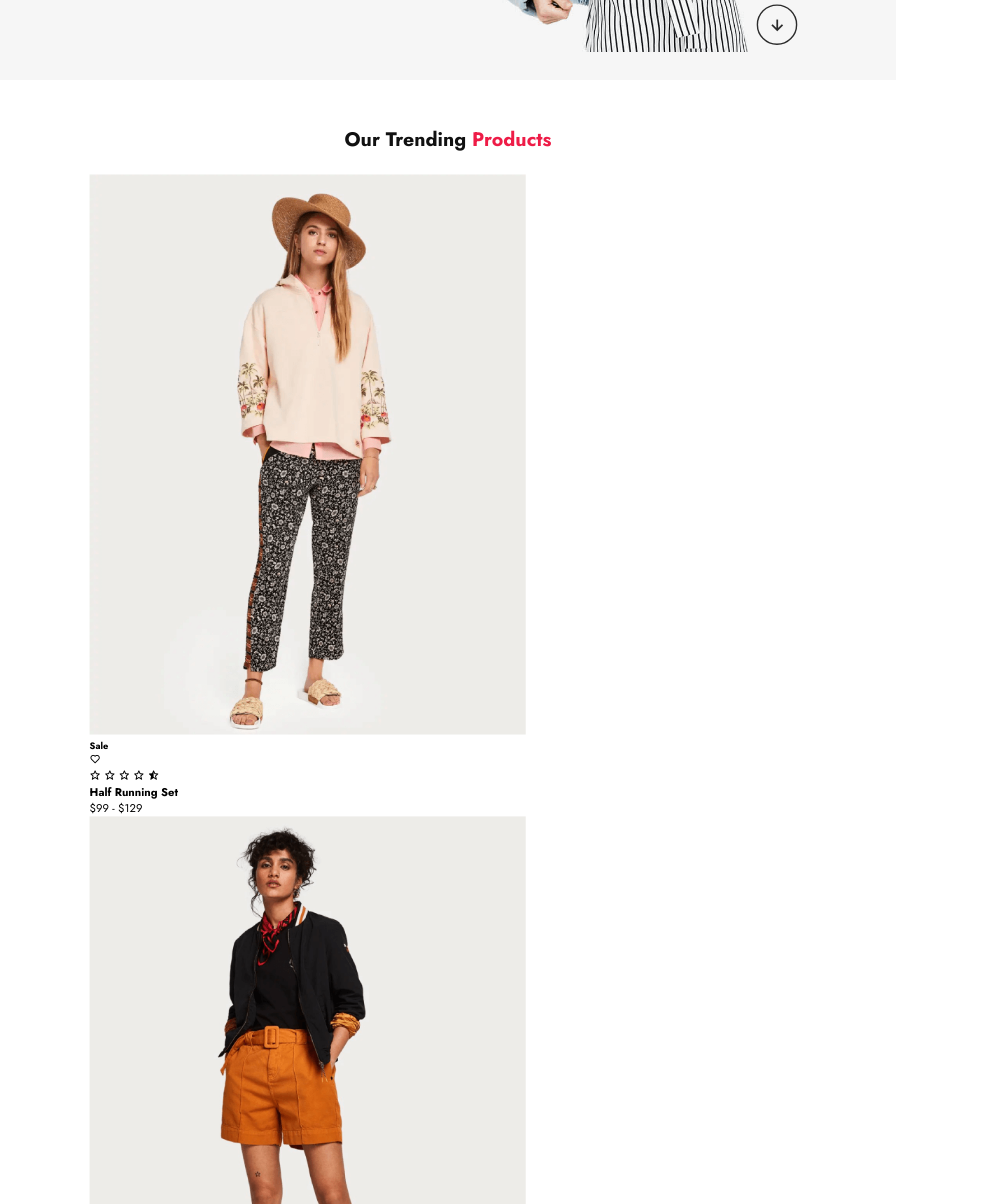
Repository: isaacCodes1/Kumo-Website.
Page: index.html
The author's editor kept a copy of each file at every save. The page is drawn from the files as they stood at one save, then again after the next save.
The browser window is 1280 px wide. The page is 1280 px wide, then 1434 px, so the pictures cover 1434 px, including what lies to the right of the window. The pictures show the part of the page from y = 605 to 2325 px (the page is 8217 px tall before and 3670 px after), at 70% of full size.

Above is the page before, as saved 2024-03-22 13:43:07.

### index.html
<!DOCTYPE html>
<html lang="en">
  <head>
    <meta charset="UTF-8" />
    <meta http-equiv="X-UA-Compatible" content="IE=edge" />
    <meta name="viewport" content="width=device-width, initial-scale=1.0" />
    <!-- CSS Custom Link -->
    <link rel="stylesheet" href="style.css" />
    <link rel="preconnect" href="https://fonts.googleapis.com" />
    <link rel="preconnect" href="https://fonts.gstatic.com" crossorigin />
    <link
      href="https://fonts.googleapis.com/css2?family=Bricolage+Grotesque:opsz,wght@12..96,200..800&family=Jost:ital,wght@0,100..900;1,100..900&family=Montserrat:ital,wght@0,100..900;1,100..900&family=Poppins:ital,wght@0,100;0,200;0,300;0,400;0,500;0,600;0,700;0,800;0,900;1,100;1,200;1,300;1,400;1,500;1,600;1,700;1,800;1,900&display=swap"
      rel="stylesheet"
    />
    <link
      rel="stylesheet"
      href="https://cdnjs.cloudflare.com/ajax/libs/font-awesome/6.5.1/css/all.min.css"
      integrity="sha512-DTOQO9RWCH3ppGqcWaEA1BIZOC6xxalwEsw9c2QQeAIftl+Vegovlnee1c9QX4TctnWMn13TZye+giMm8e2LwA=="
      crossorigin="anonymous"
      referrerpolicy="no-referrer"
    />
    <link
      rel="stylesheet"
      href="https://unpkg.com/boxicons@latest/css/boxicons.min.css"
    />

    <title>My fashion Website.</title>
  </head>
  <body>
    <header>
      <a href="#" class="logo"><img src="Assets/logo.png" alt="" /></a>
      <ul class="navmenu">
        <li><a href="#">Home</a></li>
        <li><a href="#">Shop</a></li>
        <li><a href="#">Products</a></li>
        <li><a href="#">Page</a></li>
        <li><a href="#">Docs</a></li>
        <li><a href="#">FAQ's</a></li>
      </ul>
      <div class="nav-icon">
        <a href="#"><i class="bx bx-search"></i></a>
        <a href="#"><i class="bx bx-user"></i></a>
        <a href="#"><i class="bx bx-cart"></i></a>
        <div class="bx bx-menu" id="menu-icon"></div>
      </div>
    </header>
    <section class="main-home">
      <div class="main-text">
        <h5>Winter Collection</h5>
        <h1>New Winter <br />Collection 2024</h1>
        <p>There's Nothing like Trend...</p>
        <a href="#" class="main-btn"
          >Shop Now<i class="bx bx-right-arrow-alt"></i
        ></a>
      </div>
      <div class="down-arrow">
        <a href="#trending" class="down"
          ><i class="bx bx-down-arrow-alt"></i
        ></a>
      </div>
    </section>
    <!-- <trending-products-section-->
    <section class="trending-product" id="trending">
      <div class="center-text">
        <h2>Our Trending <span>Products</span></h2>
      </div>
      <div class="products">
        <div class="row">
          <img src="/Assets/1.jpg" alt="" />
          <div class="product-text">
            <h5>Sale</h5>
          </div>
          <div class="heart-icon">
            <i class="bx bx-heart"></i>
          </div>
          <div class="ratting">
            <i class="bx bx-star"></i>
            <i class="bx bx-star"></i>
            <i class="bx bx-star"></i>
            <i class="bx bx-star"></i>
            <i class="bx bxs-star-half"></i>
          </div>
          <div class="price">
            <h4>Half Running Set</h4>
            <p>$99 - $129</p>
          </div>
        </div>

        <div class="row">
          <img src="/Assets/2.jpg" alt="" />
          <div class="product-text">
            <h5>New</h5>
          </div>
          <div class="heart-icon">
            <i class="bx bx-heart"></i>
          </div>
          <div class="ratting">
            <i class="bx bx-star"></i>
            <i class="bx bx-star"></i>
            <i class="bx bx-star"></i>
            <i class="bx bx-star"></i>
            <i class="bx bxs-star-half"></i>
          </div>
          <div class="price">
            <h4>Formal Men Lowers</h4>
            <p>$100 - $329</p>
          </div>
        </div>
        <div class="row">
          <img src="/Assets/3.jpg" alt="" />
          <div class="heart-icon">
            <i class="bx bx-heart"></i>
          </div>
          <div class="ratting">
            <i class="bx bx-star"></i>
            <i class="bx bx-star"></i>
            <i class="bx bx-star"></i>
            <i class="bx bx-star"></i>
            <i class="bx bxs-star-half"></i>
          </div>
          <div class="price">
            <h4>Half Running Suit</h4>
            <p>$99 - $229</p>
          </div>
        </div>
        <div class="row">
          <img src="/Assets/4.jpg" alt="" />
          <div class="product-text">
            <h5>Hottest!</h5>
          </div>
          <div class="heart-icon">
            <i class="bx bx-heart"></i>
          </div>
          <div class="ratting">
            <i class="bx bx-star"></i>
            <i class="bx bx-star"></i>
            <i class="bx bx-star"></i>
            <i class="bx bx-star"></i>
            <i class="bx bxs-star-half"></i>
          </div>
          <div class="price">
            <h4>Half Fancy Lady Dress</h4>
            <p>$199 - $429</p>
          </div>
        </div>
        <div class="row">
          <img src="/Assets/5.jpg" alt="" />
          <div class="heart-icon">
            <i class="bx bx-heart"></i>
          </div>
          <div class="ratting">
            <i class="bx bx-star"></i>
            <i class="bx bx-star"></i>
            <i class="bx bx-star"></i>
            <i class="bx bx-star"></i>
            <i class="bx bxs-star-half"></i>
          </div>
          <div class="price">
            <h4>Flix Flox Jeans</h4>
            <p>$79 - $109</p>
          </div>
        </div>
        <div class="row">
          <img src="/Assets/6.jpg" alt="" />
          <div class="product-text">
            <h5>Very Beautiful</h5>
          </div>
          <div class="heart-icon">
            <i class="bx bx-heart"></i>
          </div>
          <div class="ratting">
            <i class="bx bx-star"></i>
            <i class="bx bx-star"></i>
            <i class="bx bx-star"></i>
            <i class="bx bx-star"></i>
            <i class="bx bxs-star-half"></i>
          </div>
          <div class="price">
            <h4>Fancy Salwar Suits</h4>
            <p>$399 - $629</p>
          </div>
        </div>
        <div class="row">
          <img src="/Assets/7.jpg" alt="" />
          <div class="product-text">
            <h5>Bold!</h5>
          </div>
          <div class="heart-icon">
            <i class="bx bx-heart"></i>
          </div>
          <div class="ratting">
            <i class="bx bx-star"></i>
            <i class="bx bx-star"></i>
            <i class="bx bx-star"></i>
            <i class="bx bx-star"></i>
            <i class="bx bxs-star-half"></i>
          </div>
          <div class="price">
            <h4>Printed straight Design</h4>
            <p>$39 - $99</p>
          </div>
        </div>
        <div class="row">
          <img src="/Assets/8.jpg" alt="" />
          <div class="product-text">
            <h5>Sale</h5>
          </div>
          <div class="heart-icon">
            <i class="bx bx-heart"></i>
          </div>
          <div class="ratting">
            <i class="bx bx-star"></i>
            <i class="bx bx-star"></i>
            <i class="bx bx-star"></i>
            <i class="bx bx-star"></i>
            <i class="bx bxs-star-half"></i>
          </div>
          <div class="price">
            <h4>Beautiful Full Dress!</h4>
            <p>$99 - $229</p>
          </div>
        </div>
      </div>
    </section>

    <script src="java.js"></script>
  </body>
</html>

### style.css
* {
  margin: 0;
  padding: 0;
  box-sizing: border-box;
  scroll-behavior: smooth;
  font-family: "Jost", sans-serif;
  list-style-type: none;
  text-decoration: none;
}
header {
  position: fixed;
  width: 100%;
  top: 0;
  right: 0;
  z-index: 1000;
  display: flex;
  align-items: center;
  justify-content: space-between;
  padding: 20px 10%;
}
.logo img {
  max-width: 120px;
  height: auto;
}
.navmenu {
  display: flex;
}
.navmenu li :hover {
  background: #000;
}
.navmenu a {
  color: #2c2c2c;
  font-size: 16px;
  text-transform: capitalize;
  padding: 10px 20px;
  font-weight: 400;
  transition: all 0.42s ease;
}
.navmenu a:hover {
  color: #ee1c47;
}
.nav-icon {
  display: flex;
  align-items: center;
}
.nav-icon i {
  margin-right: 20px;
  color: #2c2c2c;
  font-size: 25px;
  font-weight: 400;
  transition: all 0.42s ease;
}
.nav-icon i:hover {
  transform: scale(1.05);
  color: #ee1c47;
}
#menu-icon {
  font-size: 35px;
  color: #2c2c2c;
  z-index: 10001;
  cursor: pointer;
}
section {
  padding: 5% 10%;
}
.main-home {
  width: 100%;
  height: 100vh;
  background-image: url(Assets/banner-3.png);
  background-position: center;
  background-size: cover;
  display: grid;
  grid-template-columns: repeat(1, 1fr);
  align-items: center;
}
.main-text h5 {
  color: #ee1c47;
  font-size: 16px;

  text-transform: capitalize;
  font-weight: 500;
}
.main-text h1 {
  color: #000;
  font-size: 65px;
  text-transform: capitalize;
  line-height: 1.1;
  font-weight: 600;
  margin: 6px 0 10px;
}
.main-text p{
    color: #333c56;
    font-size: 20px;
    font-style: italic;
    margin-bottom: 20px;
}
.main-btn{
    display: inline-block;
    color: #111;
    font-size: 16px;
    font-weight: 500;
    text-transform: capitalize;
    border: 2px solid#111;
    padding: 12px 25px;
    transition: all .42s ease;
}
.main-btn:hover{
    background: #000;
    color: #fff;
}
.main-btn i{
    vertical-align: middle;
}
.down-arrow{
    position: absolute;
    top: 85%;
    right: 11%;
}
.down i{
    font-size: 30px;
    color: #2c2c2c;
    border: 2px solid #2c2c2c;
    border-radius: 50px;
    padding: 12px 12px;
}
.down i:hover{
    background: #2c2c2c;
    color:#fff;
    transition: all .42s ease;
}
header.sticky{
    background: #fff;
    padding: 20px 10%;
    box-shadow: 0px 0px 10px rgb(0 0 0 /10%);
}
/* trending-section-css */
.center-text h2{
    color: #111;
    font-size: 28px;
    text-transform: capitalize;
    text-align: center;
    margin-bottom: 30px;
}
.center-text span{
    color: #ee1c47;
}
.products{
    display: grid;
    grid-template-columns: repeat(auto-fit, minmax(260px, a));
}

### java.js
const header = document.querySelector("header");

window.addEventListener("scroll", function(){
    header.classList.toggle ("sticky", window.scrollY > 0);
})

After the next save:
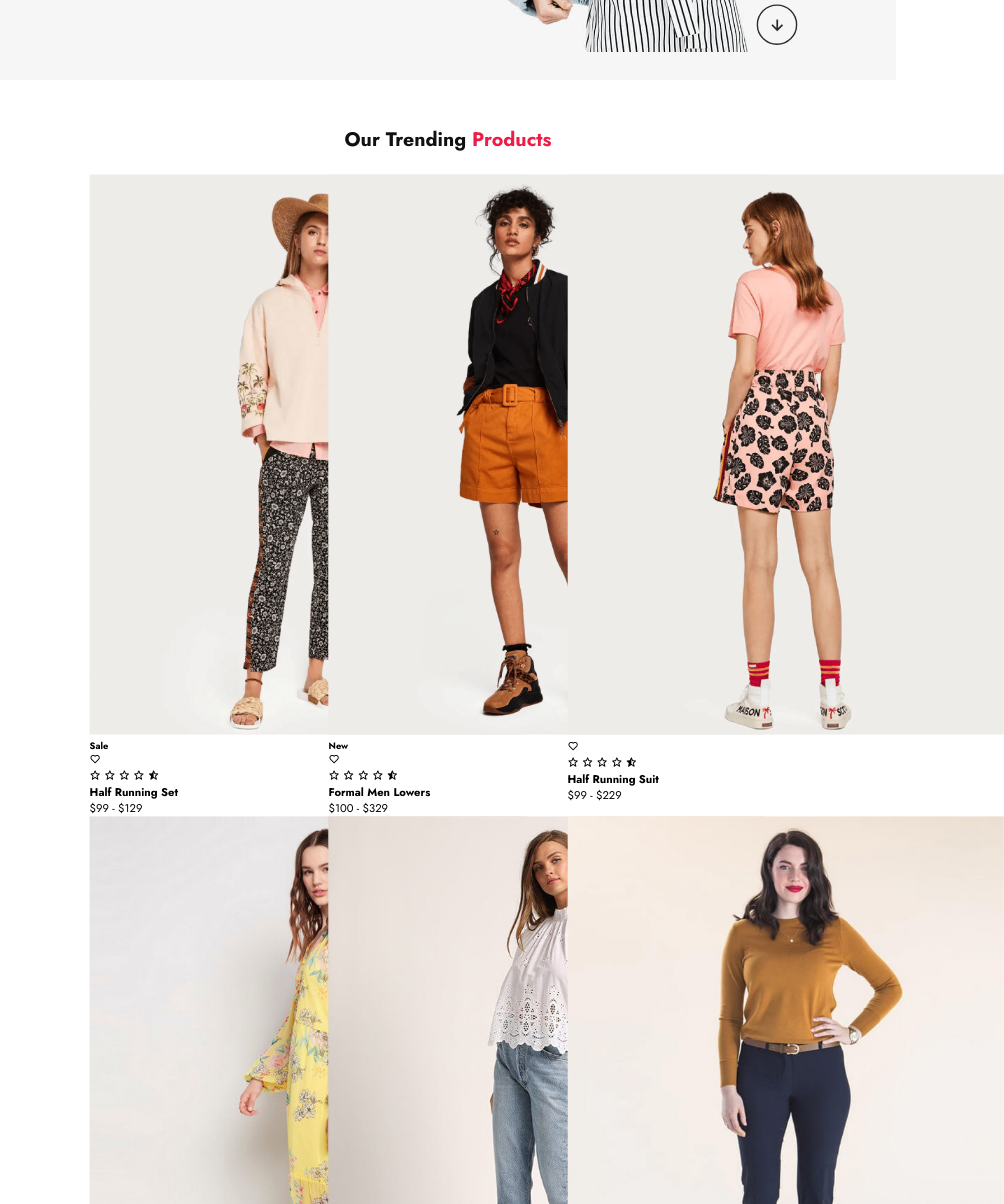
Saved 8 s later.
--- a/style.css
+++ b/style.css
@@ -146,5 +146,5 @@ header.sticky{
 }
 .products{
     display: grid;
-    grid-template-columns: repeat(auto-fit, minmax(260px, a));
+    grid-template-columns: repeat(auto-fit, minmax(260px, auto));
 }
